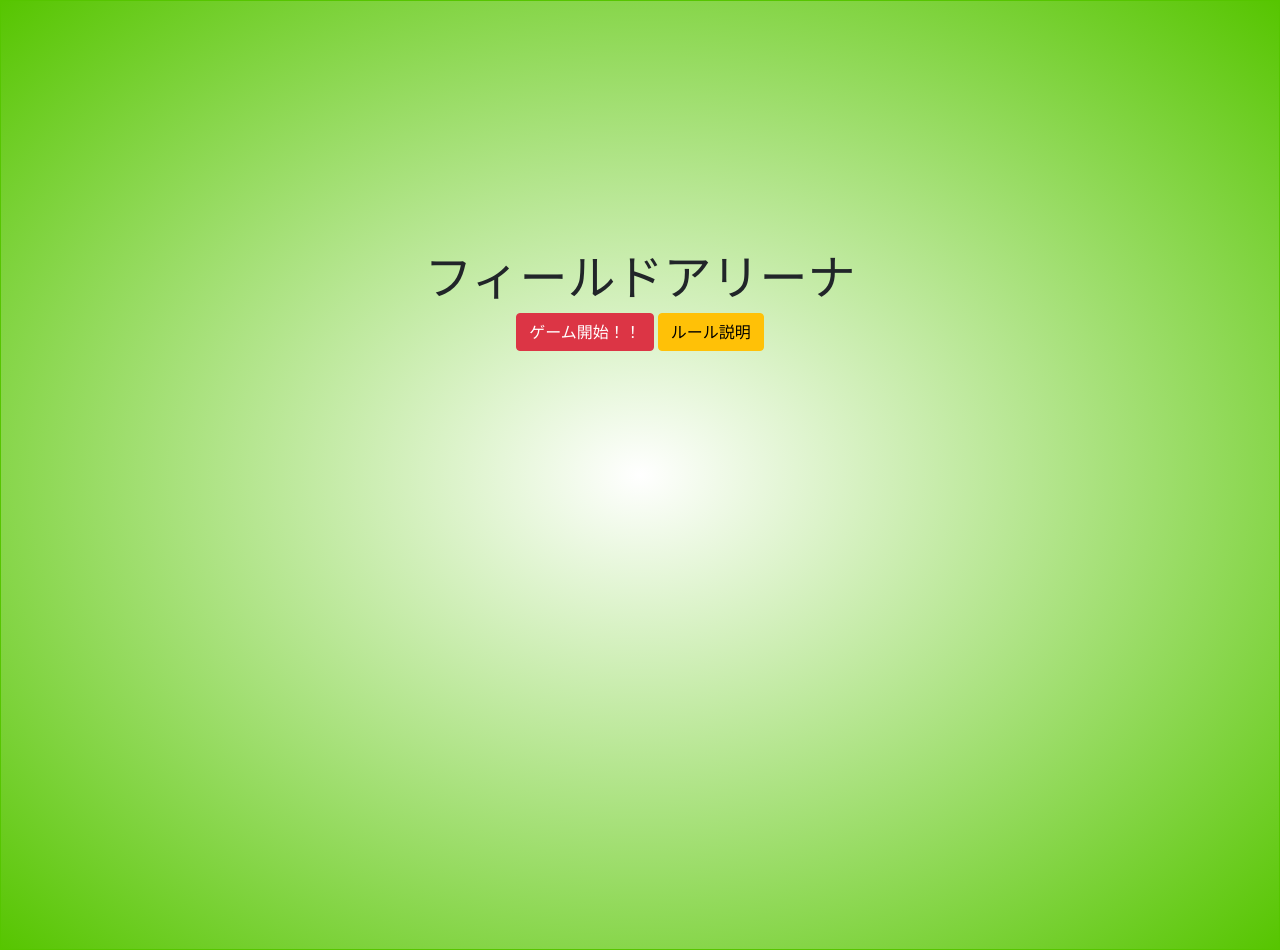
Repository: e1b21074/field_arena
Page: .log/field_arena/src/main/resources/static/index.html
The author's editor kept a copy of each file at every save. The page is drawn from the files as they stood at one save, then again after a run of saves.
The browser window is 1280 px wide. The pictures show the whole page.

Above is the page before, as saved 2024-01-09 15:00:55.

After the next 5 saves:
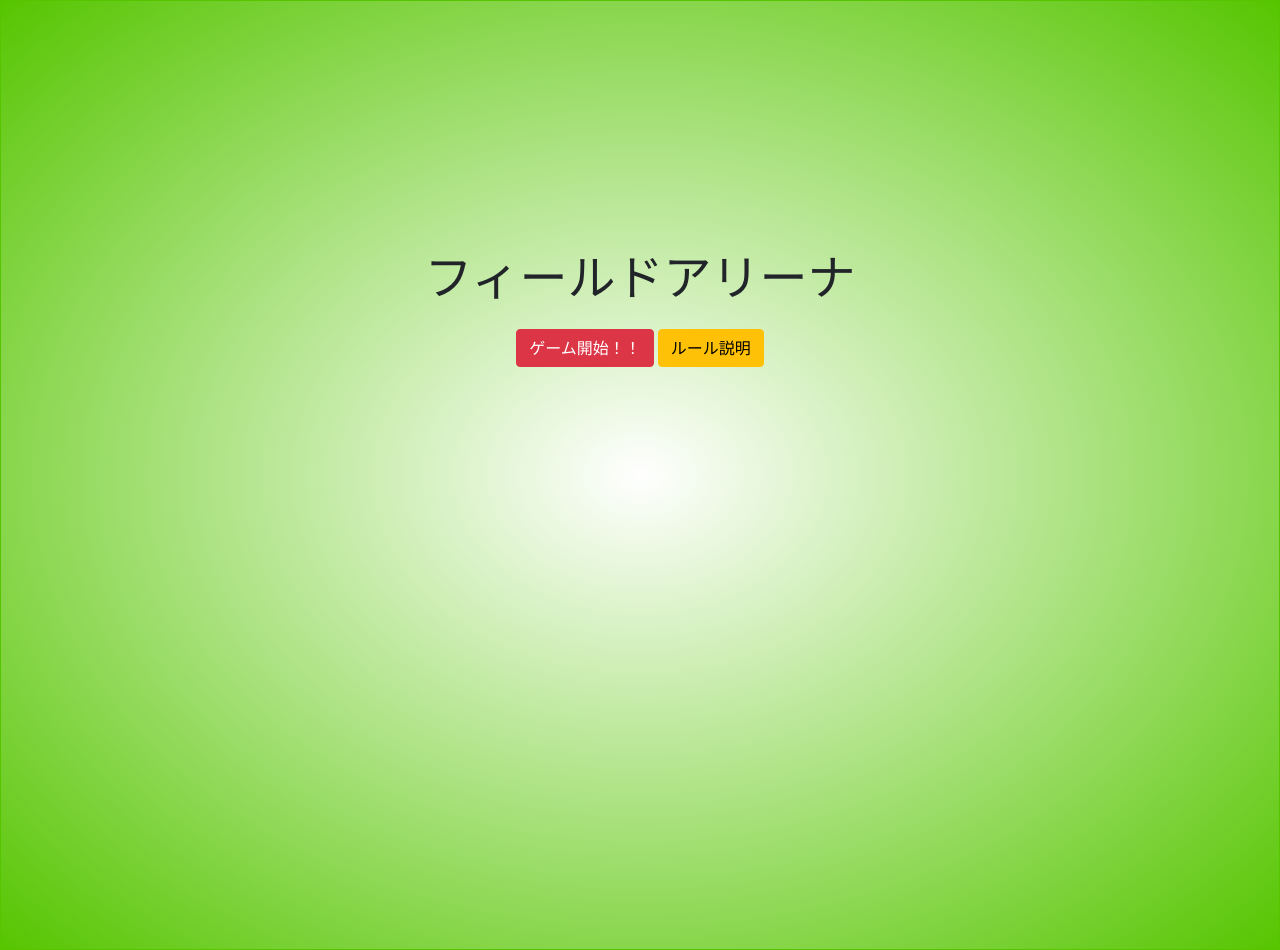
The 5 saves are shown as one change because they came seconds apart.
The last was saved 14 s later.
--- a/.log/field_arena/src/main/resources/static/index.html
+++ b/.log/field_arena/src/main/resources/static/index.html
@@ -23,10 +23,11 @@
   <center>
     <div style="text-align: center;">
       <br><br><br><br><br><br><br><br><br><br>
+      <p>
       <font size="20">
       フィールドアリーナ
       </font>
-      <br>
+    </p>
       <button type="button" class="btn btn-danger" onclick="location.href='/gamearea'">ゲーム開始！！</button>
       <button type="button" class="btn btn-warning" onclick="location.href='/rule'">ルール説明</button>
     </div>
